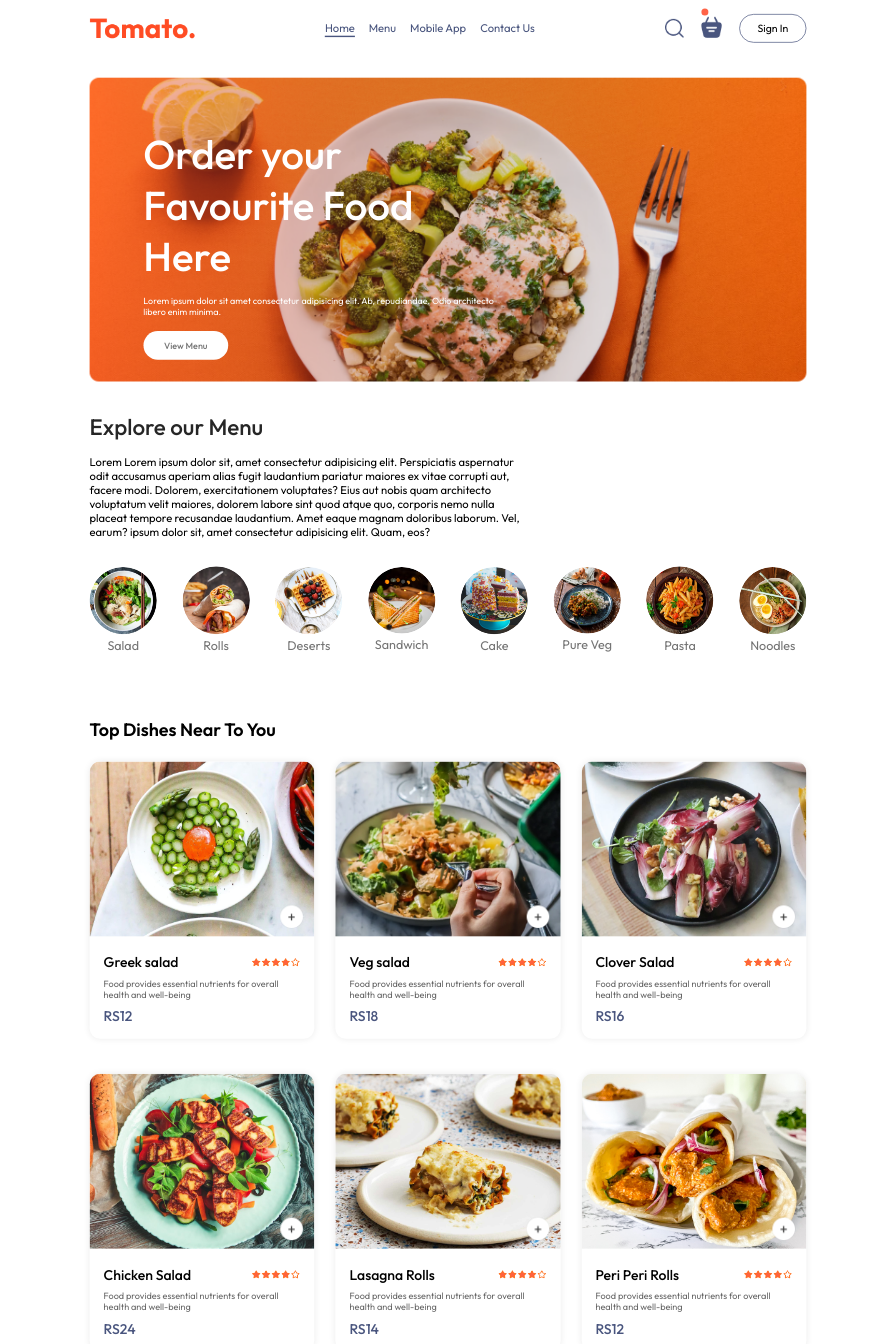
Repository: Attar786/Food-ordering-app
Page: / (app in frontend/), after clicking the first element matching `button`
These files come from the project's save history. The page is drawn as it stood at one moment and after the next save; the edit follows.
The browser window is 1280 px wide. The pictures show the part of the page from y = 0 to 1920 px (the page is 6732 px tall before and 6762 px after), at 70% of full size.
The project was rebuilt for these pictures with package versions that can differ from the ones it lists, and the page was loaded fresh each time. Also part of the build but not shown: frontend/vite.config.js, frontend/src/pages/Cart/Cart.css, frontend/src/pages/Cart/Cart.jsx, frontend/src/pages/PlaceOrder/PlaceOrder.css, frontend/src/pages/PlaceOrder/PlaceOrder.jsx, frontend/src/components/LoginPopup/LoginPopup.css.

Above is the page before, as saved 2024-07-29 20:24:56.

After the next save:
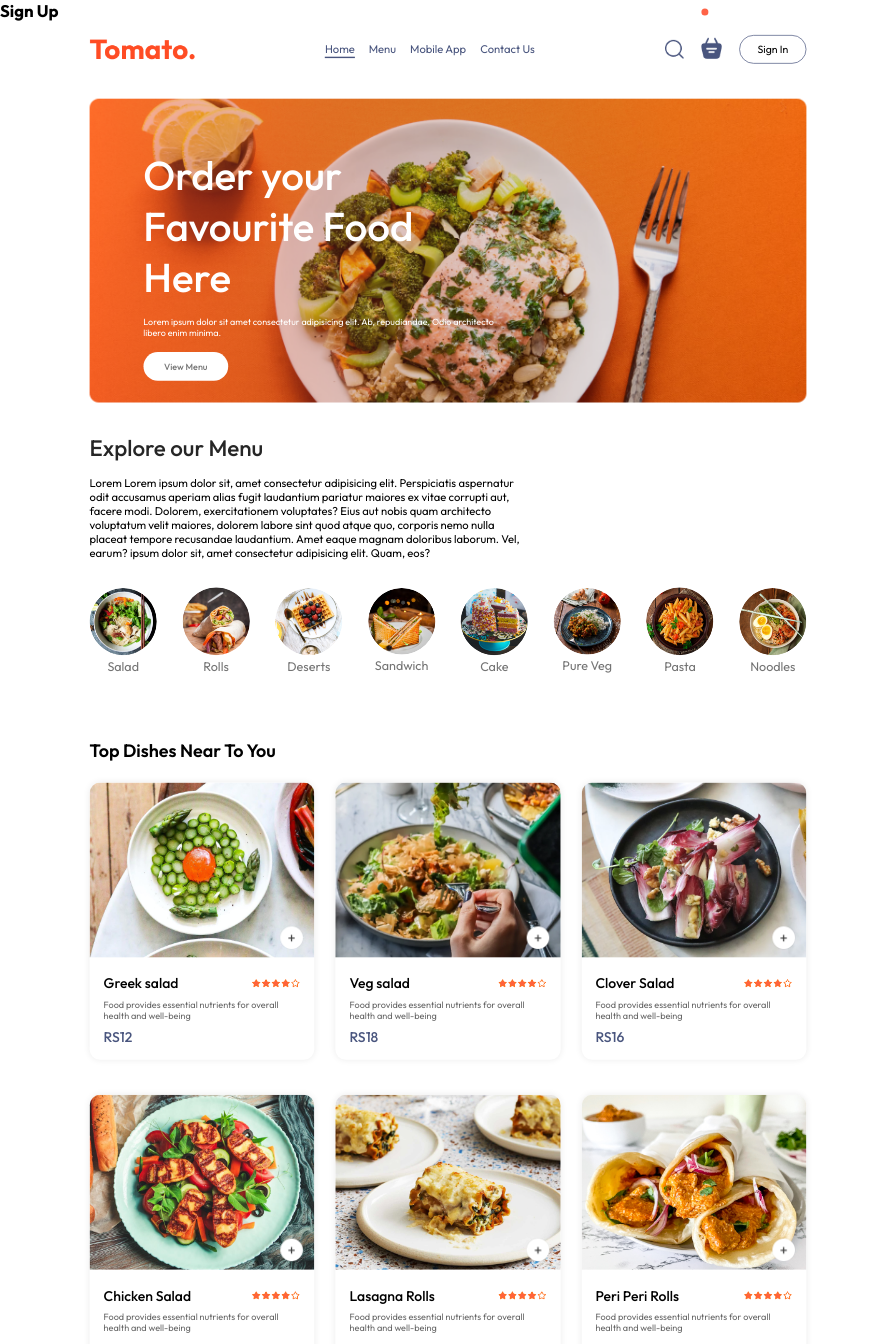
Saved 20 s later.
--- a/frontend/src/components/LoginPopup/LoginPopup.jsx
+++ b/frontend/src/components/LoginPopup/LoginPopup.jsx
@@ -2,14 +2,13 @@ import { useState } from "react"
 import "./LoginPopup.css"
 const LoginPopup = () => {
   const [currState, setCurrState] = useState("Sign Up")
-
 
   return (
 
     <div className="login-popup">
       <form action="" className="login-popup-container"></form>
       <div className="login-popup-title">
-<h2>
+<h2>  {currState}
 </h2>
       </div>
 
